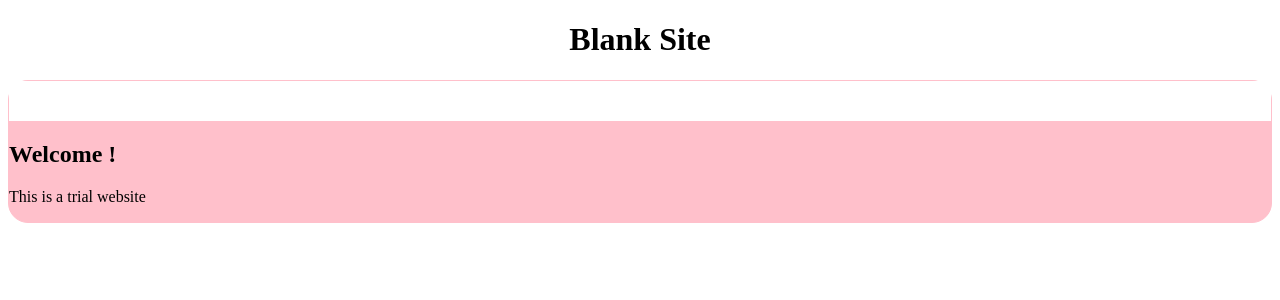
Repository: yhung004/Blank_Project
Page: index.html
The author's editor kept a copy of each file at every save. The page is drawn from the files as they stood at one save, then again after the next save.
The browser window is 1280 px wide. The pictures show the whole page.

Above is the page before, as saved 2024-04-04 00:02:01.

After the next save:
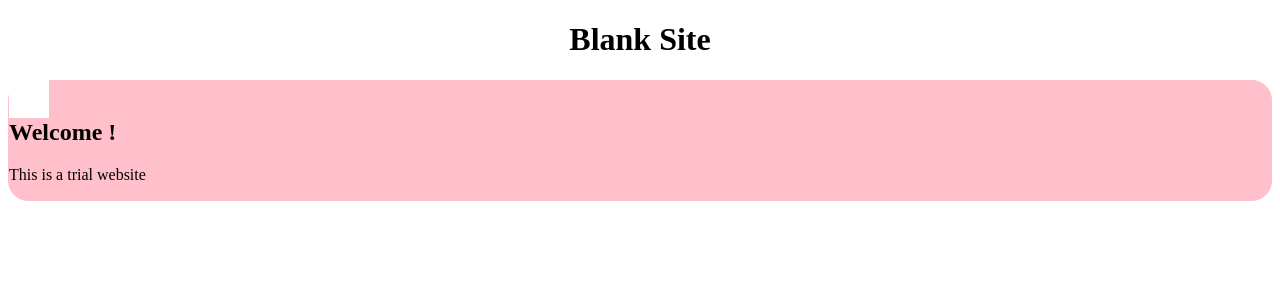
Saved 16 s later.
--- a/index.css
+++ b/index.css
@@ -10,4 +10,5 @@
 div.main2 {
     background-color:white;
     padding: 20px 20px 20px 20px;
+    display: inline;
 }

After the save that followed:
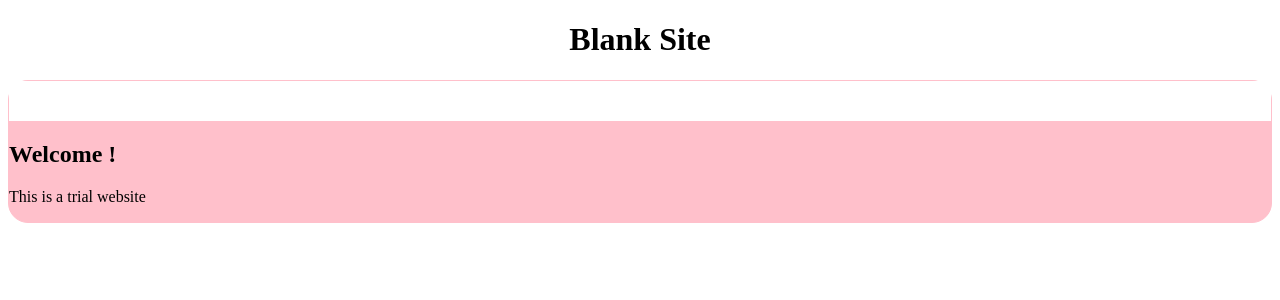
Saved 69 s later.
--- a/index.css
+++ b/index.css
@@ -6,9 +6,9 @@
     background-color: pink;
     border: 1px solid pink;
     border-radius: 20px;
+    display:flex:
 }
 div.main2 {
     background-color:white;
     padding: 20px 20px 20px 20px;
-    display: inline;
 }
